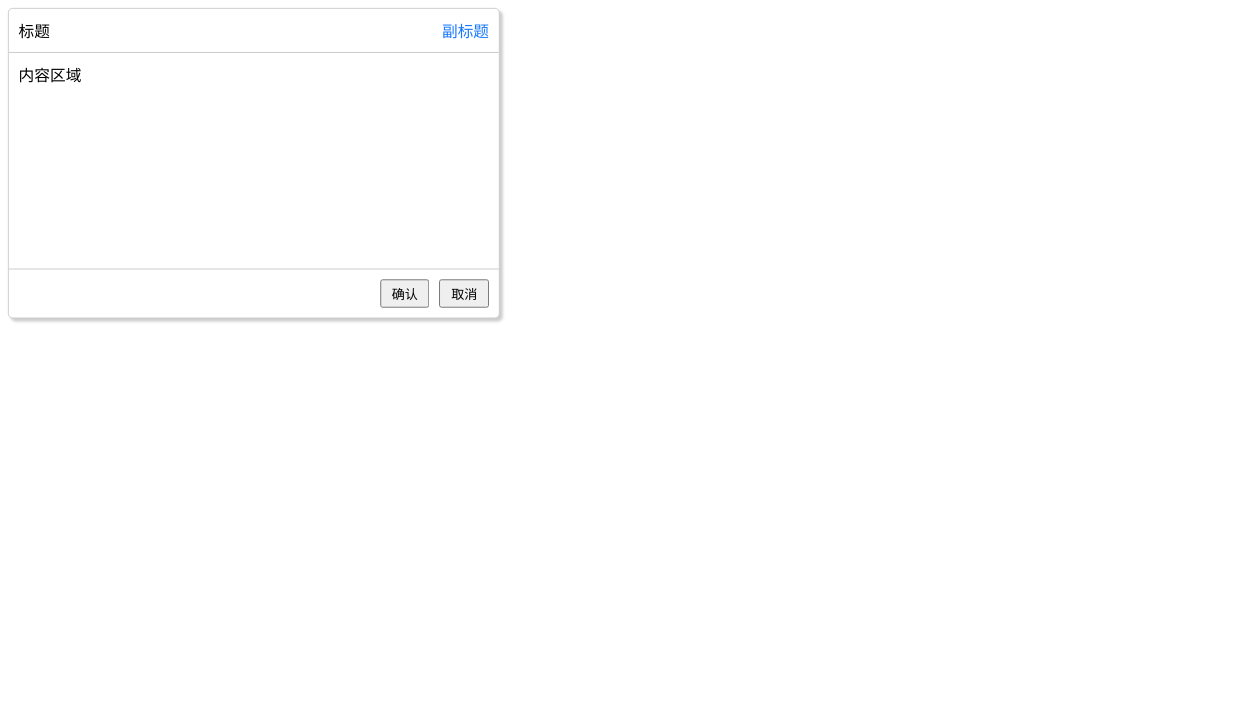
Repository: EDMZJJJ/learn-react
Page: /
An editor plug-in stored every save of this project. The page is shown before and after the next save, followed by the edit.
The browser window is 1280 px wide. The pictures show the whole page, at 98% of full size.
The project was rebuilt for these pictures with package versions that can differ from the ones it lists, and the page was loaded fresh each time. Also part of the build but not shown: vite.config.ts.

Above is the page before, as saved 2026-03-10 22:22:31.

After the next save:
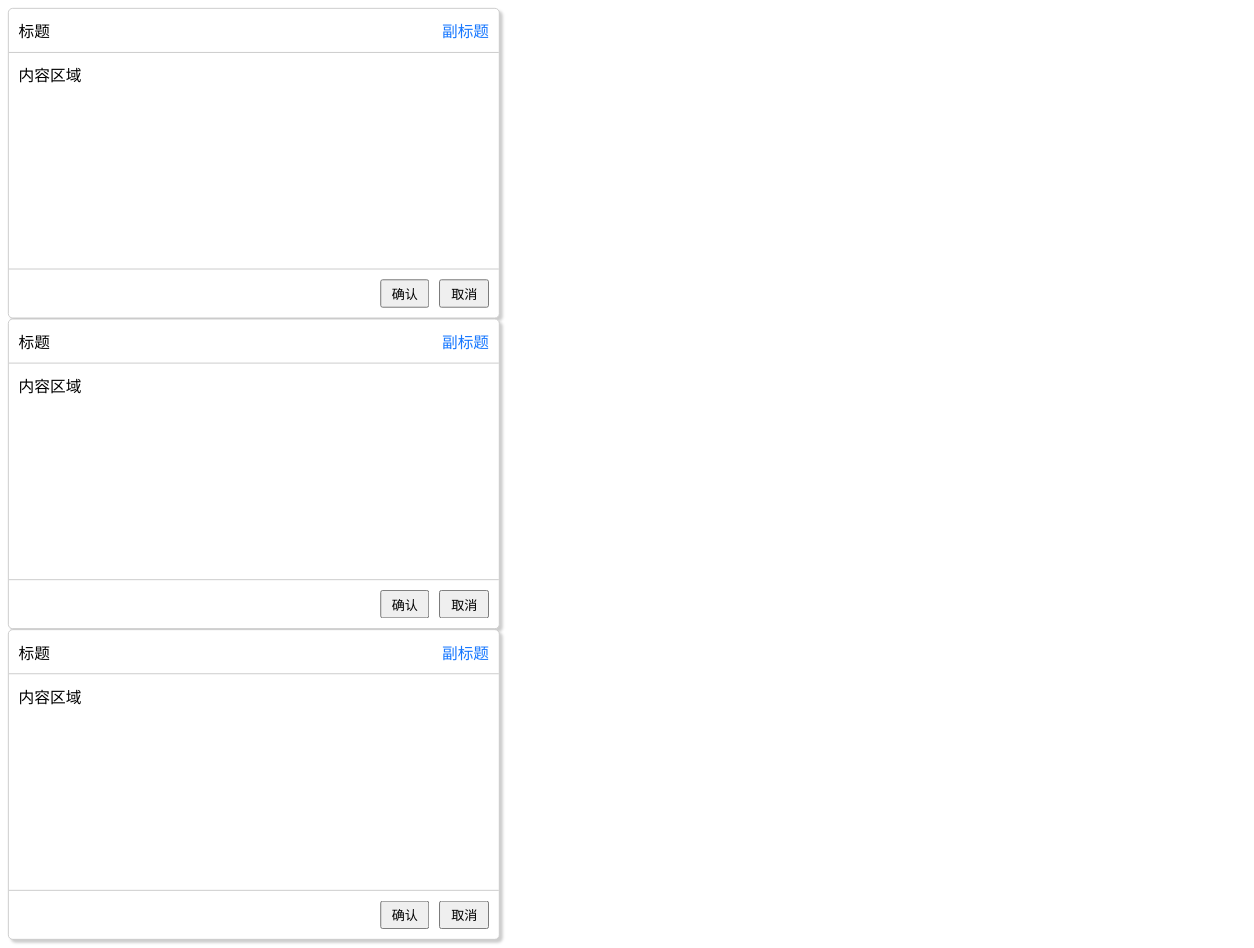
Saved 90 s later.
--- a/src/App.tsx
+++ b/src/App.tsx
@@ -5,6 +5,8 @@
   return (
     <>
       <Card></Card>
+      <Card></Card>
+      <Card></Card>
     </>
   )
 }

After the 2 saves that followed:
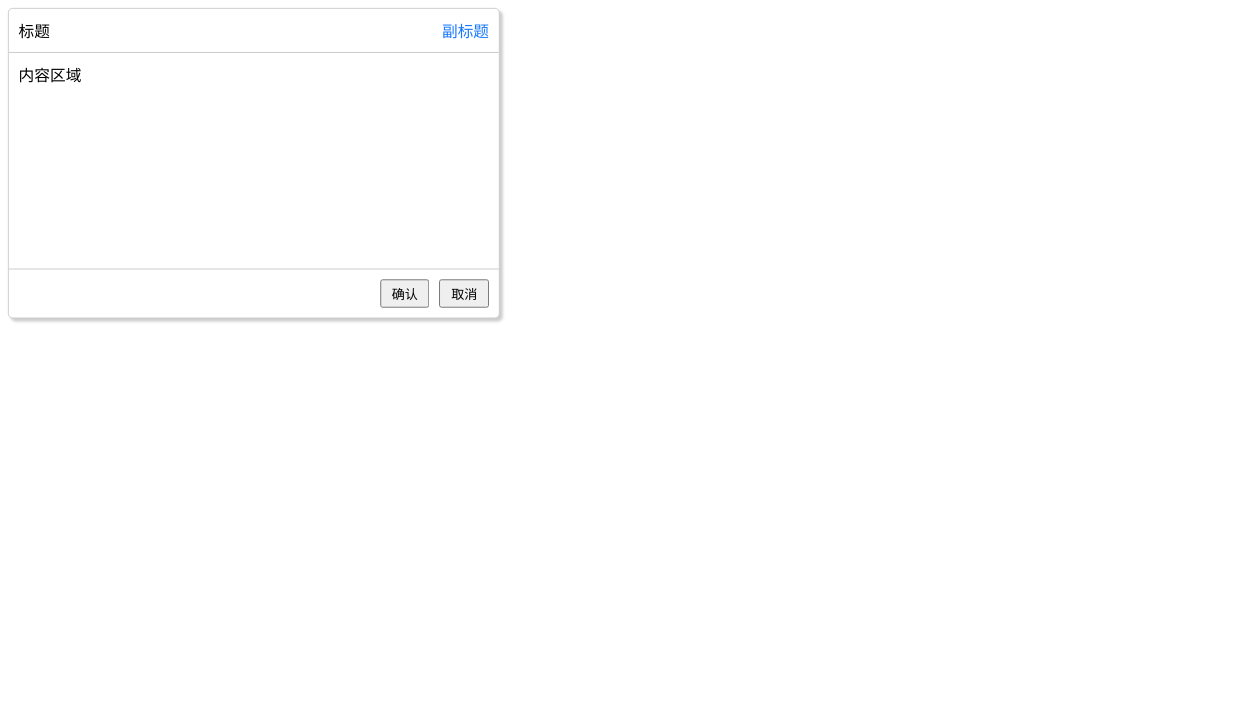
The 2 saves are shown as one change because 1 left the picture as it was.
The last was saved 39 s later.
--- a/src/App.tsx
+++ b/src/App.tsx
@@ -5,8 +5,6 @@
   return (
     <>
       <Card></Card>
-      <Card></Card>
-      <Card></Card>
     </>
   )
 }
--- a/src/components/Card/index.css
+++ b/src/components/Card/index.css
@@ -2,7 +2,7 @@
   background: white;
   border-radius: 5px;
   border: 1px solid #ccc;
-  max-width: 500px;
+  width: 500px;
   box-shadow: 3px 3px 3px #ccc;
 
   header {
